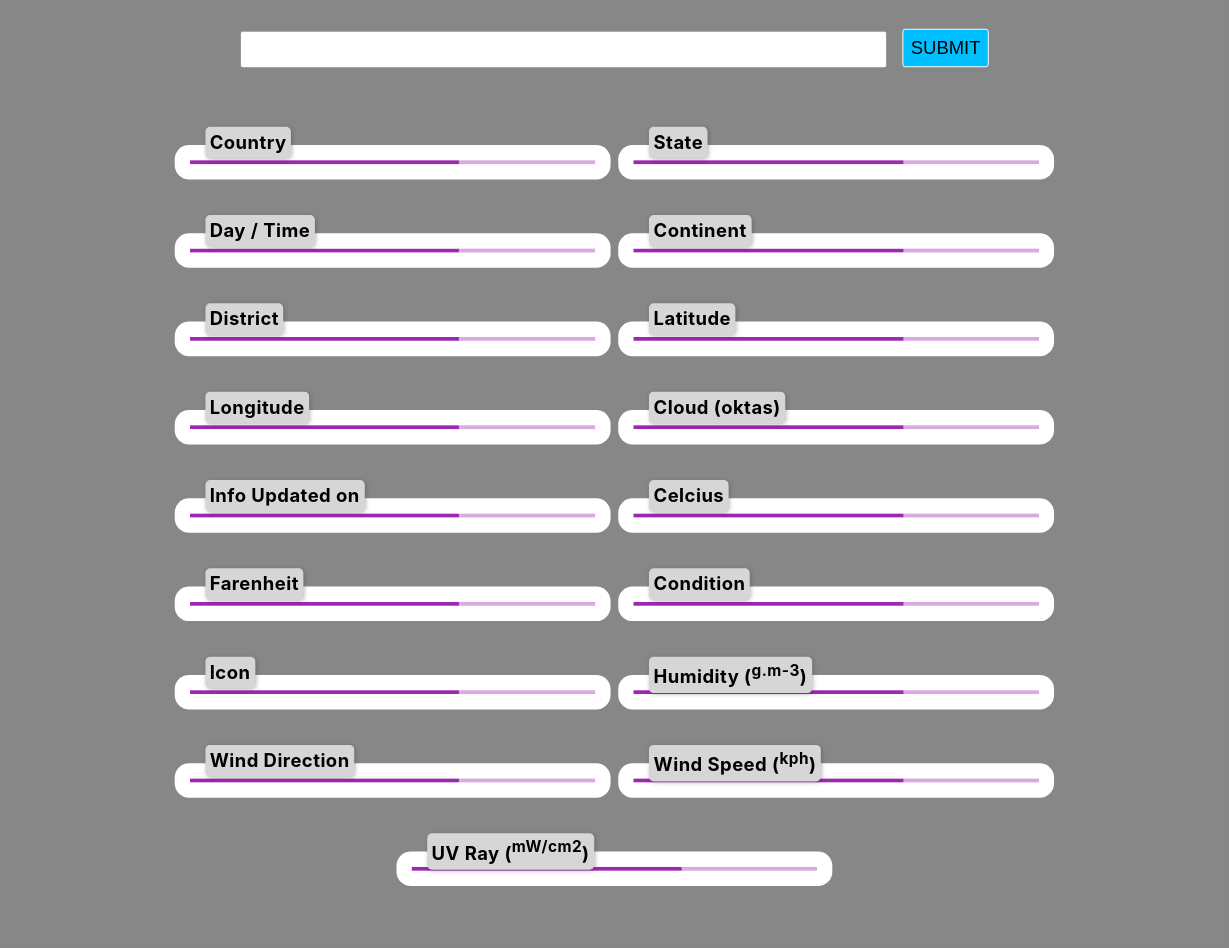
Repository: Imprasna/practising-API
Page: /
An editor plug-in stored every save of this project. The page is shown before and after a run of saves, followed by the edit.
The browser window is 1280 px wide. The pictures show the whole page, at 96% of full size.
The project was rebuilt for these pictures with package versions that can differ from the ones it lists, and the page was loaded fresh each time. Also part of the build but not shown: src/component/Country.js, src/component/Region.js, src/component/Time.js, src/component/Continent.js, src/component/District.js, src/component/Cloud.js, src/component/UpdatedWeather.js, src/component/Celcius.js and 9 more.

Above is the page before, as saved 2021-11-11 23:59:13.

After the next 2 saves:
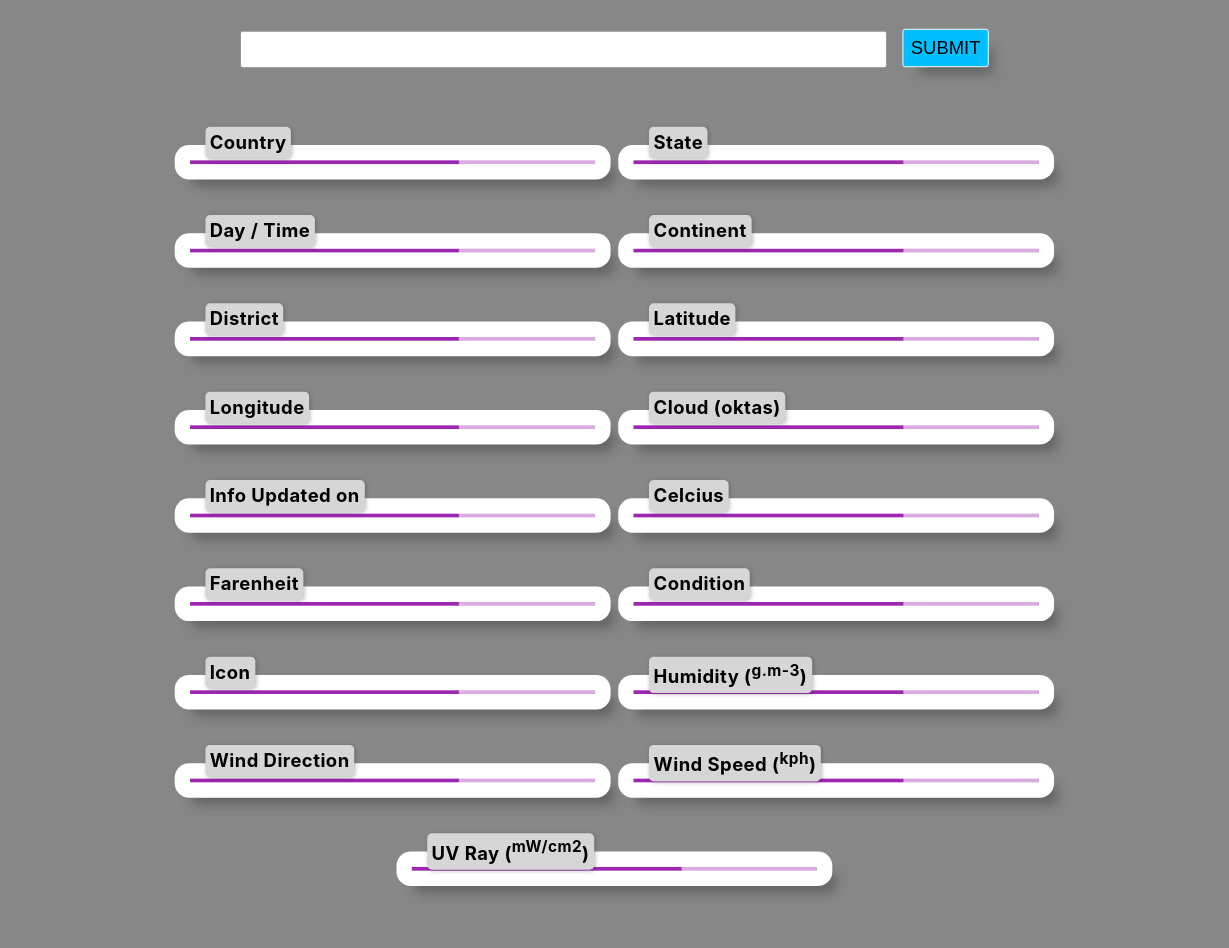
The 2 saves are shown as one change because they came seconds apart.
The last was saved 111 s later.
--- a/src/component/style.css
+++ b/src/component/style.css
@@ -32,6 +32,7 @@ body {
     padding: .5rem;
     outline: none;
     border: 1px solid #fff;
+    box-shadow: 11px 14px 12px -7px rgba(87,87,87,0.75);
     cursor: pointer;
     font-size: 1.2rem;
     text-transform: uppercase;
@@ -45,6 +46,7 @@ body {
     padding: 1rem;
     border-radius: 15px;
     background-color: #fff;
+    box-shadow: 11px 14px 12px -7px rgba(87,87,87,0.75);
     position: relative;
     font-size: 1.1rem;
     font-weight: 600;
@@ -70,6 +72,7 @@ body {
     padding: 1rem;
     border-radius: 15px;
     background-color: #fff;
+    box-shadow: 11px 14px 12px -7px rgba(87,87,87,0.75);
     position: relative;
     font-size: 1.1rem;
     font-weight: 600;
@@ -95,6 +98,7 @@ body {
     padding: 1rem;
     border-radius: 15px;
     background-color: #fff;
+    box-shadow: 11px 14px 12px -7px rgba(87,87,87,0.75);
     position: relative;
     font-size: 1.1rem;
     font-weight: 600;
@@ -120,6 +124,7 @@ body {
     padding: 1rem;
     border-radius: 15px;
     background-color: #fff;
+    box-shadow: 11px 14px 12px -7px rgba(87,87,87,0.75);
     position: relative;
     font-size: 1.1rem;
     font-weight: 600;
@@ -145,6 +150,7 @@ body {
     padding: 1rem;
     border-radius: 15px;
     background-color: #fff;
+    box-shadow: 11px 14px 12px -7px rgba(87,87,87,0.75);
     position: relative;
     font-size: 1.1rem;
     font-weight: 600;
@@ -170,6 +176,7 @@ body {
     padding: 1rem;
     border-radius: 15px;
     background-color: #fff;
+    box-shadow: 11px 14px 12px -7px rgba(87,87,87,0.75);
     position: relative;
     font-size: 1.1rem;
     font-weight: 600;
@@ -195,6 +202,7 @@ body {
     padding: 1rem;
     border-radius: 15px;
     background-color: #fff;
+    box-shadow: 11px 14px 12px -7px rgba(87,87,87,0.75);
     position: relative;
     font-size: 1.1rem;
     font-weight: 600;
@@ -220,6 +228,7 @@ body {
     padding: 1rem;
     border-radius: 15px;
     background-color: #fff;
+    box-shadow: 11px 14px 12px -7px rgba(87,87,87,0.75);
     position: relative;
     font-size: 1.1rem;
     font-weight: 600;
@@ -245,6 +254,7 @@ body {
     padding: 1rem;
     border-radius: 15px;
     background-color: #fff;
+    box-shadow: 11px 14px 12px -7px rgba(87,87,87,0.75);
     position: relative;
     font-size: 1.1rem;
     font-weight: 600;
@@ -270,6 +280,7 @@ body {
     padding: 1rem;
     border-radius: 15px;
     background-color: #fff;
+    box-shadow: 11px 14px 12px -7px rgba(87,87,87,0.75);
     position: relative;
     font-size: 1.1rem;
     font-weight: 600;
@@ -295,6 +306,7 @@ body {
     padding: 1rem;
     border-radius: 15px;
     background-color: #fff;
+    box-shadow: 11px 14px 12px -7px rgba(87,87,87,0.75);
     position: relative;
     font-size: 1.1rem;
     font-weight: 600;
@@ -320,6 +332,7 @@ body {
     padding: 1rem;
     border-radius: 15px;
     background-color: #fff;
+    box-shadow: 11px 14px 12px -7px rgba(87,87,87,0.75);
     position: relative;
     font-size: 1.1rem;
     font-weight: 600;
@@ -346,6 +359,7 @@ body {
     padding: 1rem;
     border-radius: 15px;
     background-color: #fff;
+    box-shadow: 11px 14px 12px -7px rgba(87,87,87,0.75);
     position: relative;
     font-size: 1.1rem;
     font-weight: 600;
@@ -371,6 +385,7 @@ body {
     padding: 1rem;
     border-radius: 15px;
     background-color: #fff;
+    box-shadow: 11px 14px 12px -7px rgba(87,87,87,0.75);
     position: relative;
     font-size: 1.1rem;
     font-weight: 600;
@@ -396,6 +411,7 @@ body {
     padding: 1rem;
     border-radius: 15px;
     background-color: #fff;
+    box-shadow: 11px 14px 12px -7px rgba(87,87,87,0.75);
     position: relative;
     font-size: 1.1rem;
     font-weight: 600;
@@ -421,6 +437,7 @@ body {
     padding: 1rem;
     border-radius: 15px;
     background-color: #fff;
+    box-shadow: 11px 14px 12px -7px rgba(87,87,87,0.75);
     position: relative;
     font-size: 1.1rem;
     font-weight: 600;
@@ -446,6 +463,7 @@ body {
     padding: 1rem;
     border-radius: 15px;
     background-color: #fff;
+    box-shadow: 11px 14px 12px -7px rgba(87,87,87,0.75);
     position: relative;
     font-size: 1.1rem;
     font-weight: 600;
